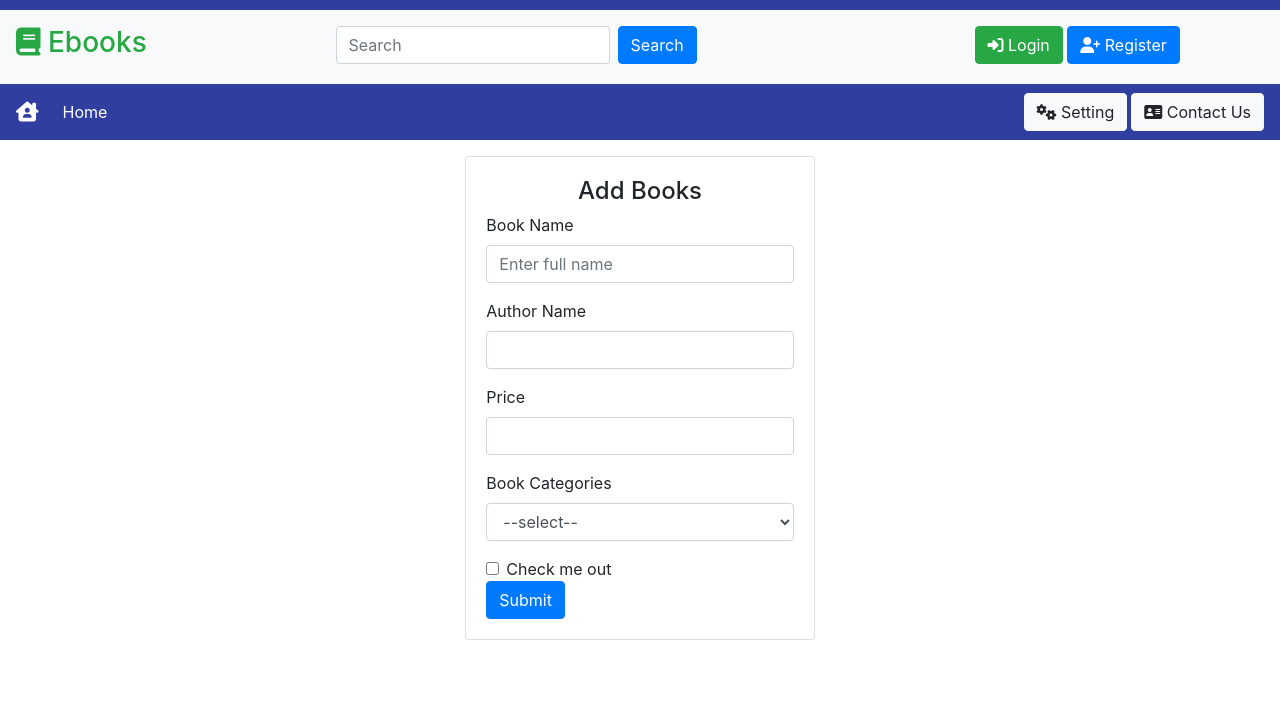
Repository: chittaranjan24/E-Books_Management_System
Page: http://localhost/Ebook-App/admin/add-books.jsp
An editor plug-in stored every save of this project. The page is shown before and after the next save, followed by the edit.
The browser window is 1280 px wide. The pictures show the whole page.
Some web libraries are served in a nearby version. The page is served by Tomcat 9.

Above is the page before, as saved 2023-08-26 18:44:07.

After the next save:
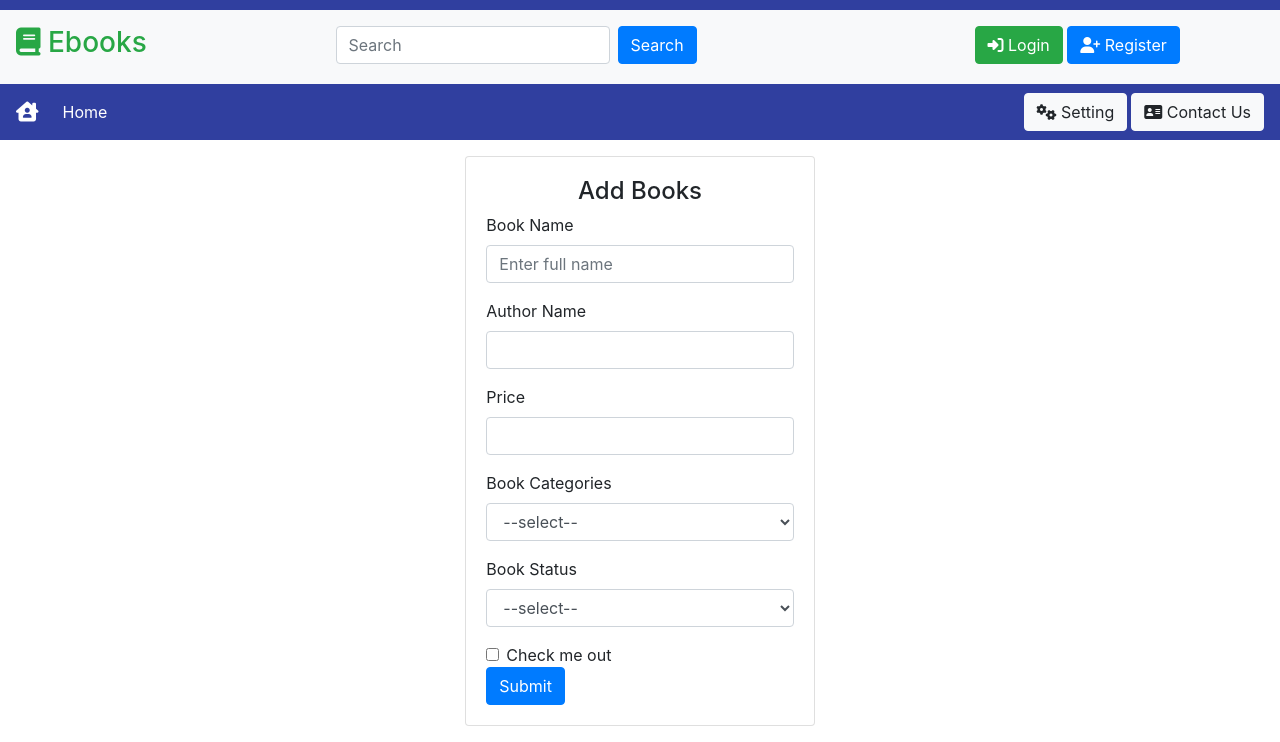
Saved 61 s later.
--- a/Ebook-App/src/main/webapp/admin/add-books.jsp
+++ b/Ebook-App/src/main/webapp/admin/add-books.jsp
@@ -48,6 +48,14 @@
 								</select>
 							</div>
 
+							<div class="form-group">
+								<label for="inputState">Book Status</label>
+								<select	id="inputState" class="form-control" name="btype">
+									<option selected>--select--</option>
+									<option value="new">New Book</option>
+								</select>
+							</div>
+
 							<div class="form-check">
 								<input type="checkbox" class="form-check-input" name="check"
 									id="exampleCheck1"> <label class="form-check-label"
